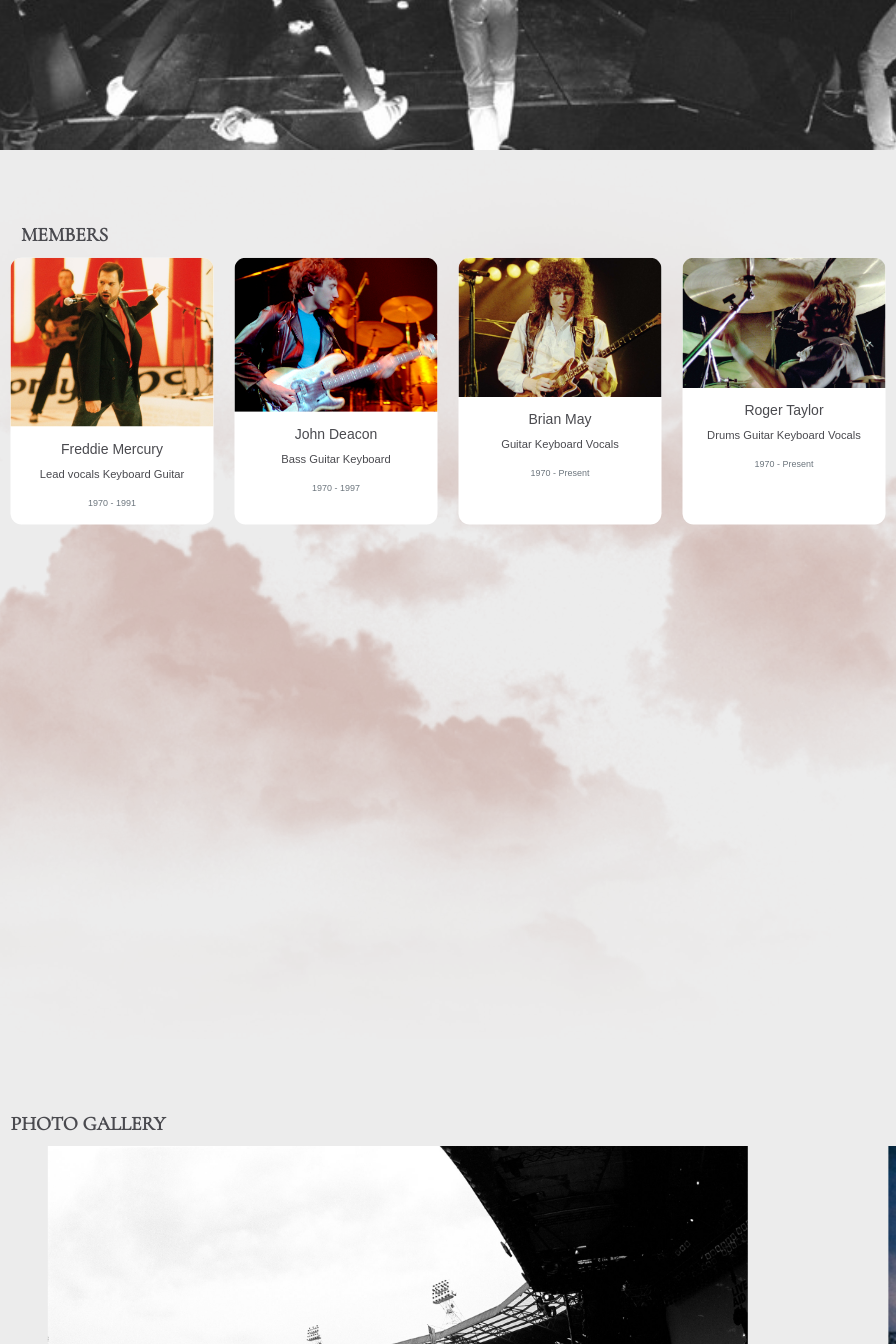
Repository: Olan1/Queen---The-Unofficial-Site
Page: index.html
The author's editor kept a record of every edit. The page is drawn from the files as they stood at one moment, then again after the next edit.
The browser window is 1280 px wide. The pictures show the part of the page from y = 506 to 2426 px (the page is 3566 px tall before and 2846 px after), at 70% of full size.

Above is the page before.

After the next edit:
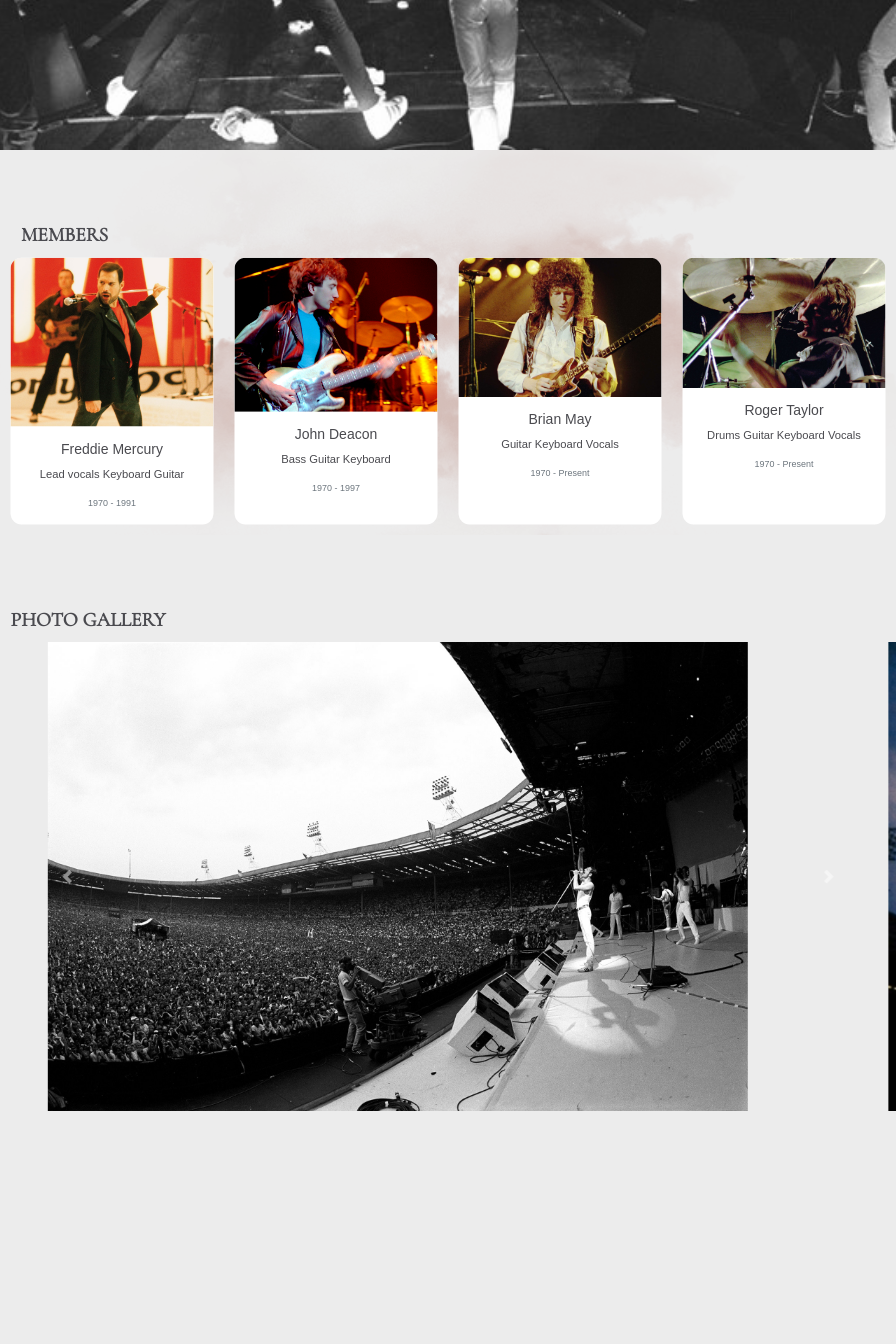
The edit:
--- a/assets/css/style.css
+++ b/assets/css/style.css
@@ -186,7 +186,6 @@
     -moz-background-size: cover;
     -o-background-size: cover;
     background-size: cover;
-    padding-bottom: 100vh;
     /*Based on code from Stack Overflow - https://stackoverflow.com/questions/43214466/resizing-background-image-with-bootstrap*/
 }
 
